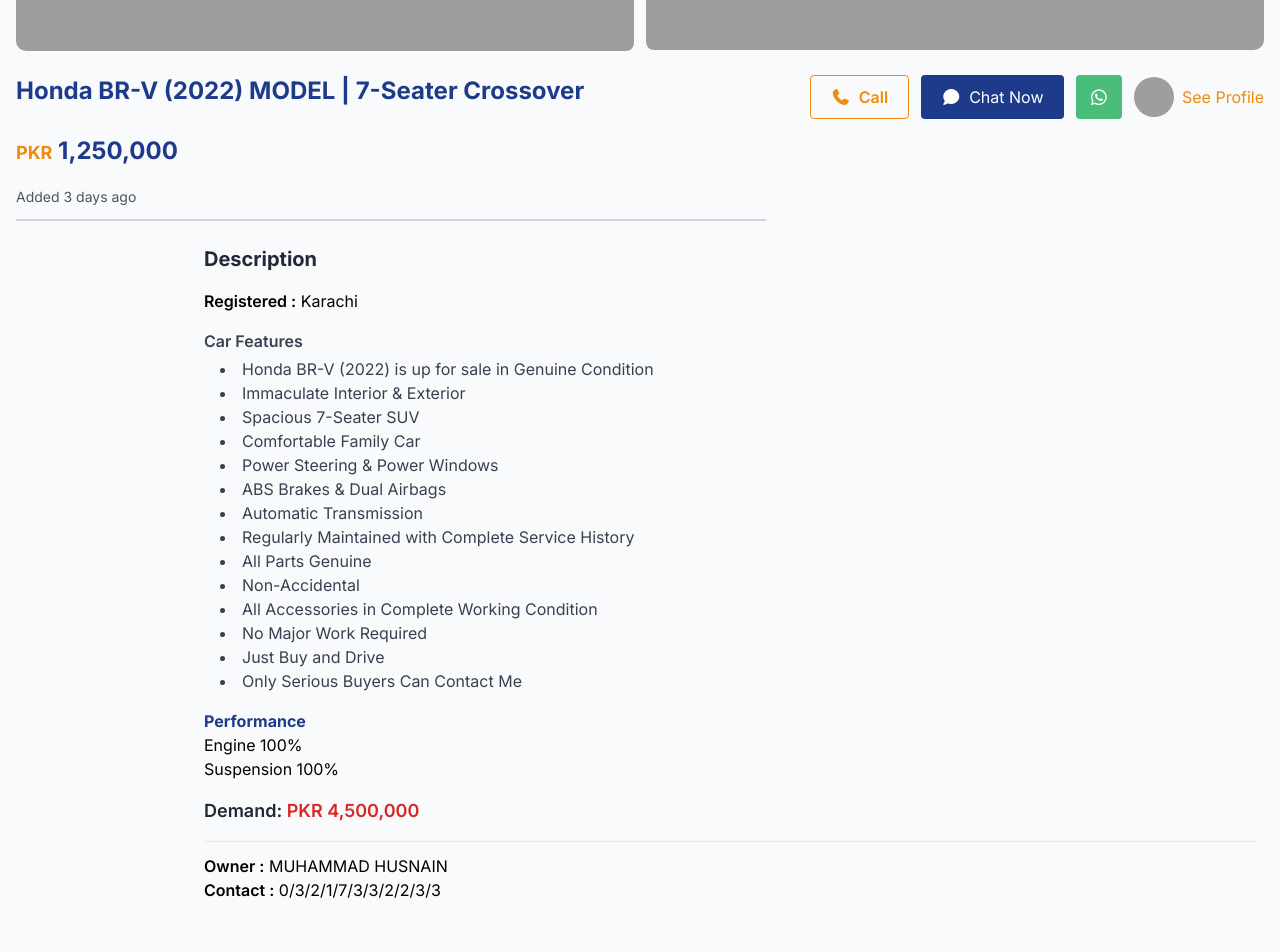
Repository: ARFA-SAEED/miljayega
Page: src/motorsPage/bikes_1.html
These files come from the project's save history. The page is drawn as it stood at one moment and after the next save; the edit follows.
The browser window is 1280 px wide. The pictures show the part of the page from y = 582 to 1534 px (the page is 2666 px tall before and 2670 px after).
Pictures or frames that could not be fetched are drawn as grey boxes. A picture or video elsewhere on the page could not be fetched, so the positions and the page height are approximate. Some web fonts or font styles are not loaded; a fallback is used. Some web libraries are served in a nearby version.

Above is the page before, as saved 2025-08-25 13:26:39.

### src/motorsPage/bikes_1.html
<!DOCTYPE html>
<html lang="en">

<head>
    <meta charset="utf-8" />
    <meta content="width=device-width, initial-scale=1.0" name="viewport" />
    <title>Miljaega.pk - Bikes 1</title>
    <script src="https://cdn.tailwindcss.com?plugins=forms,container-queries"></script>
    <link href="https://fonts.googleapis.com/css2?family=Inter:wght@400;500;600;700&display=swap" rel="stylesheet" />
    <link href="https://fonts.googleapis.com/css2?family=Poppins:wght@400;500;600;700&display=swap" rel="stylesheet" />
    <link href="https://fonts.googleapis.com/icon?family=Material+Icons" rel="stylesheet" />
    <link href="https://fonts.googleapis.com/css2?family=Lalezar&display=swap" rel="stylesheet">
    <link href="https://fonts.googleapis.com/css2?family=Noto+Nastaliq+Urdu&display=swap" rel="stylesheet">
    <script src="https://cdn.jsdelivr.net/npm/alpinejs@3.x.x/dist/cdn.min.js" defer></script>
    <script src="https://cdn.jsdelivr.net/npm/@tailwindcss/browser@4"></script>
    <link rel="stylesheet" href="./Css/miljaega-homepage.css">
    <!-- Font Awesome CDN -->
    <link href="https://cdnjs.cloudflare.com/ajax/libs/font-awesome/6.5.2/css/all.min.css" rel="stylesheet">

    <link rel="stylesheet" href="https://cdnjs.cloudflare.com/ajax/libs/font-awesome/7.0.0/css/all.min.css"
        integrity="sha512-DxV+EoADOkOygM4IR9yXP8Sb2qwgidEmeqAEmDKIOfPRQZOWbXCzLC6vjbZyy0vPisbH2SyW27+ddLVCN+OMzQ=="
        crossorigin="anonymous" referrerpolicy="no-referrer" />
</head>

<body class="bg-gray-50">

    <!-- Header -->
    <header class="bg-white shadow-sm fixed top-0 z-50 w-full">
        <div class="lg:mx-auto 2xl:mx-20 relative py-3 container px-4 sm:px-6">
            <div class="flex justify-between items-center py-3">
                <!-- Left: Logo -->
                <div class="flex-shrink-0">
                    <img src="../../../assets/images/logo.svg" alt="Logo" class="h-8 sm:h-10" />
                </div>

                <!-- Center Nav (Desktop) -->
                <nav
                    class="hidden xl:flex absolute 2xl:ms-[440px] left-1/2 transform -translate-x-1/2 space-x-6 text-sm font-medium text-gray-600">
                    <div class="flex justify-center mt-2">
                        <div class="inline-flex rounded-lg shadow-md bg-white overflow-hidden">
                            <a href="#"
                                class="px-6 py-3 text-sm font-medium text-white bg-blue-900 hover:bg-blue-900 transition duration-300 flex items-center">
                                <i class="fa-solid fa-list mr-2"></i> ALL
                            </a>
                            <a href="#"
                                class="px-6 py-3 text-sm font-medium text-pak-green hover:bg-[rgb(220,228,245)] flex items-center">
                                <i class="fa-solid fa-circle-plus mr-2"></i> NEW
                            </a>
                            <a href="#"
                                class="px-6 py-3 text-sm font-medium text-pak-green hover:bg-[rgb(220,228,245)] flex items-center">
                                <i class="fa-solid fa-recycle mr-2"></i> USED
                            </a>
                            <a href="#"
                                class="px-6 py-3 text-sm font-medium text-pak-green hover:bg-[rgb(220,228,245)] flex items-center">
                                <i class="fa-solid fa-key mr-2"></i> RENT
                            </a>
                            <a href="#"
                                class="px-6 py-3 text-sm font-medium text-pak-green hover:bg-[rgb(220,228,245)] flex items-center">
                                <i class="fa-solid fa-arrow-right-arrow-left mr-2"></i> Exchange
                            </a>
                        </div>
                    </div>
                </nav>

                <!-- Mobile Hamburger -->
                <button id="mobileMenuToggle" class="block xl:hidden text-gray-700 hover:text-primary-green">
                    <svg class="w-7 h-7" fill="none" stroke="currentColor" stroke-width="2" viewBox="0 0 24 24">
                        <path stroke-linecap="round" stroke-linejoin="round" d="M4 6h16M4 12h16M4 18h16"></path>
                    </svg>
                </button>
            </div>
        </div>
    </header>

    <!-- Mobile Menu -->
    <div id="mobileMenu"
        class="xl:hidden hidden bg-white shadow-md fixed top-[72px] left-0 right-0 z-40 max-h-[calc(100vh-72px)] overflow-y-auto">
        <div class="px-4 py-4 space-y-4 text-sm font-medium text-gray-700">
            <div class="flex justify-around text-center gap-2 flex-wrap">
                <a href="#" class="flex flex-col items-center gap-1 hover:text-primary-green">
                    <img src="./images/second-hand.png" class="w-6 h-6" /> Used
                </a>
                <a href="#" class="flex flex-col items-center gap-1 hover:text-primary-green">
                    <img src="./images/new.png" class="w-6 h-6" /> New
                </a>
                <a href="#" class="flex flex-col items-center gap-1 hover:text-primary-green">
                    <img src="./images/exchange.png" class="w-6 h-6" /> Exchange
                </a>
                <a href="#" class="flex flex-col items-center gap-1 hover:text-primary-green">
                    <img src="./images/rent.png" class="w-6 h-6" /> Rentals
                </a>
            </div>
        </div>
    </div>

    <!-- Spacer -->
    <div class="pt-[72px]"></div>

    <!-- Images Section -->
    <div class="container mx-auto px-4 mt-12">
        <div class="grid grid-cols-1 lg:grid-cols-2 gap-3">
            <div>
                <img class="w-full h-[250px] sm:h-[400px] lg:h-[513px] object-cover rounded-lg lg:rounded-l-[10px]"
                    src="https://auto.yugatech.com/wp-content/uploads/2022/09/2023-Honda-BRV-Main-2048x1024.jpg" alt="">
            </div>
            <div class="flex flex-col gap-3">
                <img class="w-full h-[200px] sm:h-[250px] object-cover rounded-lg lg:rounded-tr-[10px]"
                    src="https://hondaotodalat.com.vn/wp-content/uploads/2020/02/honda_BRV_hondaotovovankiet_vn_15.jpg"
                    alt="">
                <img class="w-full h-[200px] sm:h-[250px] object-cover rounded-lg lg:rounded-br-[10px]"
                    src="https://d31sro4iz4ob5n.cloudfront.net/upload/car/br-v-2024/feature/interior/br-v-2024-lhd-amplio-confort-y-versatilidad.jpg"
                    alt="">
            </div>
        </div>
    </div>

    <!-- Title & Buttons -->
    <div class="container mx-auto px-4 mt-6 flex flex-col lg:flex-row justify-between items-start gap-4">
        <h1 class="font-bold text-blue-900 text-xl lg:text-2xl">
            Honda BR-V (2022) MODEL | 7-Seater Crossover
        </h1>
        <div class="flex flex-wrap gap-3">
            <button class="border border-[#F08B0B] text-[#F08B0B] font-semibold rounded px-5 py-2 flex items-center">
                <i class="fa-solid fa-phone me-2"></i> Call
            </button>
            <button class="bg-blue-900 hover:bg-blue-800 text-white rounded px-5 py-2 flex items-center">
                <i class="fa-solid fa-comment me-2"></i> Chat Now
            </button>
            <button class="bg-[#4ABD7A] text-white rounded px-3 py-2 flex items-center">
                <i class="fa-brands fa-whatsapp text-lg"></i>
            </button>
            <div class="flex items-center gap-2">
                <img class="rounded-full h-10 w-10"
                    src="https://tse3.mm.bing.net/th/id/OIP.WpIMP_W3gb5bZ81rA-K2YgHaHa?pid=Api&P=0&h=220" alt="">
                <span class="text-[#F08B0B]">See Profile</span>
            </div>
        </div>
    </div>


    <!-- Price -->
    <div class="container mx-auto px-4 mt-4">
        <h1 class="text-blue-900 font-bold text-xl lg:text-2xl">
            <span class="text-lg text-[#F08B0B]">PKR</span> 1,250,000
        </h1>
        <p class="text-gray-600 text-sm mt-5 pb-3 border-b border-gray-300 border-b-2 w-[750px]">Added 3 days ago</p>
    </div>

    <div class=" p-6 ms-[180px] space-y-4">
        <h3 class="text-xl font-bold text-gray-800">Description</h3>

        <p><span class="font-semibold">Registered :</span> Karachi</p>

        <ol class="list-style-type-non list-inside space-y-1 text-gray-700">
            <li><span class="font-semibold">Car Features</span></li>
            <ul class="list-disc list-inside ml-4">
                <li>Honda BR-V (2022) is up for sale in Genuine Condition</li>
                <li>Immaculate Interior & Exterior</li>
                <li>Spacious 7-Seater SUV</li>
                <li>Comfortable Family Car</li>
                <li>Power Steering & Power Windows</li>
                <li>ABS Brakes & Dual Airbags</li>
                <li>Automatic Transmission</li>
                <li>Regularly Maintained with Complete Service History</li>
                <li>All Parts Genuine</li>
                <li>Non-Accidental</li>
                <li>All Accessories in Complete Working Condition</li>
                <li>No Major Work Required</li>
                <li>Just Buy and Drive</li>
                <li>Only Serious Buyers Can Contact Me</li>
            </ul>
        </ol>

        <div>
            <h4 class="font-bold text-blue-900">Performance</h4>
            <p>Engine 100% <br> Suspension 100%</p>
        </div>

        <p class="text-lg font-semibold text-gray-800">Demand: <span class="text-red-600">PKR 4,500,000</span></p>

        <div class="border-t pt-3">
            <p><span class="font-semibold">Owner :</span> MUHAMMAD HUSNAIN</p>
            <p><span class="font-semibold">Contact :</span> 0/3/2/1/7/3/3/2/2/3/3</p>
        </div>
    </div>


    <!-- Condition -->
    <div class="container mx-auto px-4 mt-6">
        <h1 class="text-blue-900 font-bold text-xl">Condition</h1>
        <span class="text-gray-600 text-sm">Brand New</span>
        <div class="relative mt-4 shadow rounded-lg h-20 w-[110px] bg-white p-3">
            <i class="fa-solid fa-couch text-blue-900 text-2xl absolute top-1 left-2"></i>
            <span class="absolute bottom-2 right-2 text-sm font-medium">Furnished</span>
        </div>
    </div>

    <!-- Location -->
    <div class="container mx-auto px-4 mt-6">
        <h1 class="text-blue-900 font-bold text-xl mb-3">Location and nearby facilities</h1>
        <div class="flex flex-wrap gap-4 mb-5">
            <button class="flex items-center gap-2 px-4 py-2 bg-white rounded-lg shadow-md">
                <i class="fa-solid fa-border-all text-[#F08B0B]"></i> All
            </button>
            <button class="flex items-center gap-2 px-4 py-2 bg-white rounded-lg shadow-md">
                <i class="fa-solid fa-school text-[#F08B0B]"></i> School
            </button>
            <button class="flex items-center gap-2 px-4 py-2 bg-white rounded-lg shadow-md">
                <i class="fa-solid fa-hospital text-[#F08B0B]"></i> Hospitals
            </button>
            <button class="flex items-center gap-2 px-4 py-2 bg-white rounded-lg shadow-md">
                <i class="fa-solid fa-utensils text-[#F08B0B]"></i> Restaurant
            </button>
        </div>
        <img src="https://png.pngtree.com/png-clipart/20230315/original/pngtree-map-location-pin-with-red-png-image_8989833.png"
            class="h-[300px] sm:h-[400px] mx-auto" alt="">
    </div>
    <footer class="bg-[#0C3168] text-white">
        <div class="container mx-auto px-4 sm:px-6 lg:px-8 py-10">

            <!-- ✅ Mobile/Tablet (sm, md, lg): 2 Rows Layout -->
            <div class="flex  flex-wrap gap-8 lg:hidden">
                <!-- Row 1: ABOUT US + MY ACCOUNT -->
                <div class="w-full flex   gap-8">
                    <!-- ABOUT US -->
                    <div class="w-full ms-10 md:ms-0 sm:w-1/2 text-left">
                        <ul class="leading-10">
                            <li class="font-bold text-xl mb-3">ABOUT US</li>
                            <li>FAQ</li>
                            <li>Anti Scam</li>
                            <li>Term of use</li>
                            <li>Privacy Policy</li>
                            <li>Contact Us</li>
                            <li>Sitemap</li>
                        </ul>
                    </div>
                    <!-- MY ACCOUNT -->
                    <div class="w-full ms-20 md:ms-60 sm:w-1/2 text-left">
                        <ul class="leading-10">
                            <li class="font-bold text-xl mb-3">MY ACCOUNT</li>
                            <li>Login</li>
                            <li>Register</li>
                        </ul>
                    </div>
                </div>

                <!-- Row 2: Miljaega + Social -->
                <div class="w-full flex gap-8 mt-5">
                    <!-- Miljaega -->
                    <div class="w-full sm:w-1/2 ms-10 md:ms-0 text-left">
                        <ul class="leading-10">
                            <li class="font-bold text-xl mb-3">Miljaega</li>
                            <li>Inspected by miljaega</li>
                            <li>Featured by miljaega</li>
                            <li>Recomended by miljaega</li>
                        </ul>
                    </div>
                    <!-- Social -->
                    <div class="w-full ms-20 md:ms-60  sm:w-1/2 text-left leading-15">
                        <ul>
                            <li class="font-bold text-xl  mb-3">FOLLOW US</li>
                        </ul>
                        <div class=" ms-8 md:ms-0 sm:flex-wrap md:flex mt-3 gap-5">
                            <img src="../../assets/images/fb.svg" class="h-10" alt="">
                            <img src="../../assets/images/insta.svg" class="h-10" alt="">
                            <img src="../../assets/images/twitter.svg" class="h-10" alt="">
                            <img src="../../assets/images/youtube.svg" class="h-10" alt="">
                        </div>
                    </div>
                </div>
            </div>

            <!-- ✅ XL and Up: Original 4-column Layout -->
            <div class="hidden lg:block lg:flex lg:justify-between xl:gap-8">
                <!-- ABOUT US -->
                <div class="w-full sm:w-1/2 xl:w-auto mb-5 xl:mb-0  xl:text-left">
                    <ul class="leading-10">
                        <li class="font-bold text-xl mb-3">ABOUT US</li>
                        <li>FAQ</li>
                        <li>Anti Scam</li>
                        <li>Term of use</li>
                        <li>Privacy Policy</li>
                        <li>Contact Us</li>
                        <li>Sitemap</li>
                    </ul>
                </div>
                <!-- MY ACCOUNT -->
                <div class="w-full sm:w-1/2 xl:w-auto text-left mb-5 xl:mb-0">
                    <ul class="leading-10">
                        <li class="font-bold text-xl mb-3">MY ACCOUNT</li>
                        <li>Login</li>
                        <li>Register</li>
                    </ul>
                </div>
                <!-- Miljaega -->
                <div class="w-full sm:w-1/2 xl:w-auto mb-5 xl:mb-0 text-left">
                    <ul class="leading-10">
                        <li class="font-bold text-xl mb-3">Miljaega</li>
                        <li>Inspected by miljaega</li>
                        <li>Featured by miljaega</li>
                        <li>Recomended by miljaega</li>
                    </ul>
                </div>
                <!-- Social -->
                <div class="w-full sm:w-1/2 xl:w-auto text-left mb-5 xl:mb-0 leading-15">
                    <ul>
                        <li class="font-bold text-xl mb-3">FOLLOW US</li>
                    </ul>
                    <div class="flex  ustify-start mt-3 gap-5">
                        <img src="../../assets/images/fb.svg" class="h-10" alt="">
                        <img src="../../assets/images/insta.svg" class="h-10" alt="">
                        <img src="../../assets/images/twitter.svg" class="h-10" alt="">
                        <img src="../../assets/images/youtube.svg" class="h-10" alt="">
                    </div>
                </div>
            </div>

            <!-- Footer bottom -->
            <div class="text-center border-t-2 border-white mt-10 pt-5 text-sm">
                <p>© Copyright 2025 Miljaega <br>Powered by The Tech Creators</p>
            </div>
        </div>
    </footer>

    <script>
        // Mobile menu toggle
        document.addEventListener("DOMContentLoaded", () => {
            const toggleBtn = document.getElementById("mobileMenuToggle");
            const mobileMenu = document.getElementById("mobileMenu");
            toggleBtn.addEventListener("click", () => {
                mobileMenu.classList.toggle("hidden");
            });
        });
    </script>

</body>

</html>

### assets/Css/miljaega-homepage.css
 :root {
   --primary-green: #0B6847;
 }

 body {
   font-family: 'Inter', sans-serif;
   background-color: #f8fafc;
 }

 .text-primary-green {
   color: var(--primary-green);
 }

 .bg-primary-green {
   background-color: #003E3E;
 }

 .border-primary-green {
   border-color: var(--primary-green);
 }

 .card {
   @apply bg-white rounded-lg shadow-[0_4px_6px_-1px_rgba(0, 0, 0, 0.1), 0_2px_4px_-2px_rgba(0, 0, 0, 0.1)] transition-transform duration-200;
 }

 .card:hover {
   transform: translateY(-5px);
 }

 .verified-badge {
   @apply text-blue-600 text-base;
 }


 /* Sell Button */
 ._520955ba {
   position: relative;
   overflow: hidden;
   border-radius: 4px;
 }

 header {
   z-index: 100;
 }

 .fbf39733 {
   background-color: #ffffff;
   /* Green background */
   border: none;
   cursor: pointer;
 }

 ._6257aca6 {
   object-fit: contain;
   z-index: 1;
 }


 ._948d9e0a {
   position: relative;
   z-index: 2;
 }

 ._27a68d65 {
   display: flex;
   align-items: center;
 }

 .b2e0090c {
   padding: 8px 16px;
 }

 ._371e9918 {
   color: white;
 }

 ._6041419a {
   margin-right: 8px;
 }

 ._8206696c {
   font-weight: 900;
 }

 .b7af14b4 {
   font-size: 12px;
 }

 .dd240920 {
   line-height: 1.5;
 }

 @import url('https://fonts.googleapis.com/css2?family=Inter:wght@300;400;500;600;700&display=swap');

 body {
   font-family: 'Inter', sans-serif;

 }

 .card-hover {
   transition: all 0.3s ease;
   box-shadow: 0 4px 6px rgba(0, 0, 0, 0.05);
 }

 .card-hover:hover {
   transform: translateY(-5px);
   box-shadow: 0 10px 25px rgba(0, 0, 0, 0.1);
 }

 .image-hover {
   transition: transform 0.5s ease;
 }

 .status-dot {
   position: absolute;
   bottom: 5px;
   right: 10px;
   width: 12px;
   height: 12px;
   background-color: #1dbf73;
   border: 2px solid white;
   border-radius: 50%;
   z-index: 10;
   box-shadow: 0 0 0 2px rgba(29, 191, 115, 0.3);
 }

 .status-pulse {
   position: absolute;
   bottom: -1px;
   right: -1px;
   width: 16px;
   height: 16px;
   background-color: rgba(29, 191, 115, 0.4);
   border-radius: 50%;
   z-index: 5;
   animation: pulse 1.5s infinite;
 }

 @keyframes pulse {
   0% {
     transform: scale(0.8);
     opacity: 0.7;
   }

   70% {
     transform: scale(1.5);
     opacity: 0;
   }

   100% {
     transform: scale(0.8);
     opacity: 0;
   }
 }

 .star-container {
   display: inline-flex;
   align-items: center;
   margin-left: -8px;
 }

 .star-full {
   color: #f2880f;
   position: relative;
 }

 .star-full::before {
   content: "★";
   position: absolute;
   color: white;
   font-size: 15px;
   top: 2px;
   left: 2px;
 }

 .star-half {
   position: relative;
   width: 20px;
   height: 20px;
 }

 .star-half-left {
   position: absolute;
   left: 0;
   width: 50%;
   height: 100%;
   background: #ff643d;
   border-top-left-radius: 3px;
   border-bottom-left-radius: 3px;
 }

 .star-half-right {
   position: absolute;
   right: 0;
   width: 50%;
   height: 100%;
   background: rgba(200, 201, 202, 0.48);
   border-top-right-radius: 3px;
   border-bottom-right-radius: 3px;
 }

 .star-half::before {
   content: "★";
   position: absolute;
   color: white;
   font-size: 15px;
   top: 2px;
   left: 2px;
   z-index: 10;
 }

 .badge {
   transition: all 0.3s ease;
 }

 .badge:hover {
   transform: scale(1.05);
 }

 .arrow-tab {
   position: relative;
   padding: 0.75rem 2rem;
   display: flex;
   align-items: center;
   justify-content: center;
   clip-path: polygon(0 0, calc(100% - 20px) 0, 100% 50%, calc(100% - 20px) 100%, 0 100%, 20px 50%);
   margin-left: -18px;
   cursor: pointer;
   transition: all 0.2s ease;
 }

 .arrow-tab:first-child {
   clip-path: polygon(0 0, calc(100% - 20px) 0, 100% 50%, calc(100% - 20px) 100%, 0 100%);
   margin-left: 0;
   padding-left: 3rem;
 }

 .arrow-tab.active {
   background-color: #1e3a8a;
   /* Tailwind's blue-900 */
   color: white;
   z-index: 10;
 }

 .arrow-tab:not(.active):hover {
   background-color: #ced8f3;
   /* Light gray on hover */
 }

 @media (min-width: 1024px) and (max-width: 1028px) {
   .custom-mt {
     margin-top: 10px;
     /* Equivalent to mt-9 */
   }
 }

 .thumbnail {
   transition: all 0.2s ease;
 }

 .thumbnail:hover {
   transform: scale(1.05);
   box-shadow: 0 0 5px rgba(59, 130, 246, 0.5);
 }

 #main-image {
   transition: opacity 0.3s ease;
 }



 .scrollbar-hide::-webkit-scrollbar {
   display: none;
 }

 .scrollbar-hide {
   -ms-overflow-style: none;
   scrollbar-width: none;
 }

 .search-dropdown {
   display: none;
   position: absolute;
   top: 100%;
   /* directly below input */
   left: 0;
   width: 100%;
   max-height: 400px;
   overflow-y: auto;
   /* only scroll when necessary */
   z-index: 999999;
   /* way above all site content */
   background: white;
   border: 1px solid #e5e7eb;
   border-radius: 0.5rem;
   box-shadow: 0 4px 6px -1px rgba(0, 0, 0, 0.1),
     0 2px 4px -1px rgba(0, 0, 0, 0.06);
 }

 .search-dropdown-section {
   padding-left: 13px;
   padding-right: 13px;
   padding-bottom: 10px;

 }

 .search-dropdown-section:last-child {
   border-bottom: none;
 }

 .search-dropdown-item {
   padding: 0.5rem;
   cursor: pointer;
   border-radius: 0.25rem;
   background-color: white;
 }

After the next save:
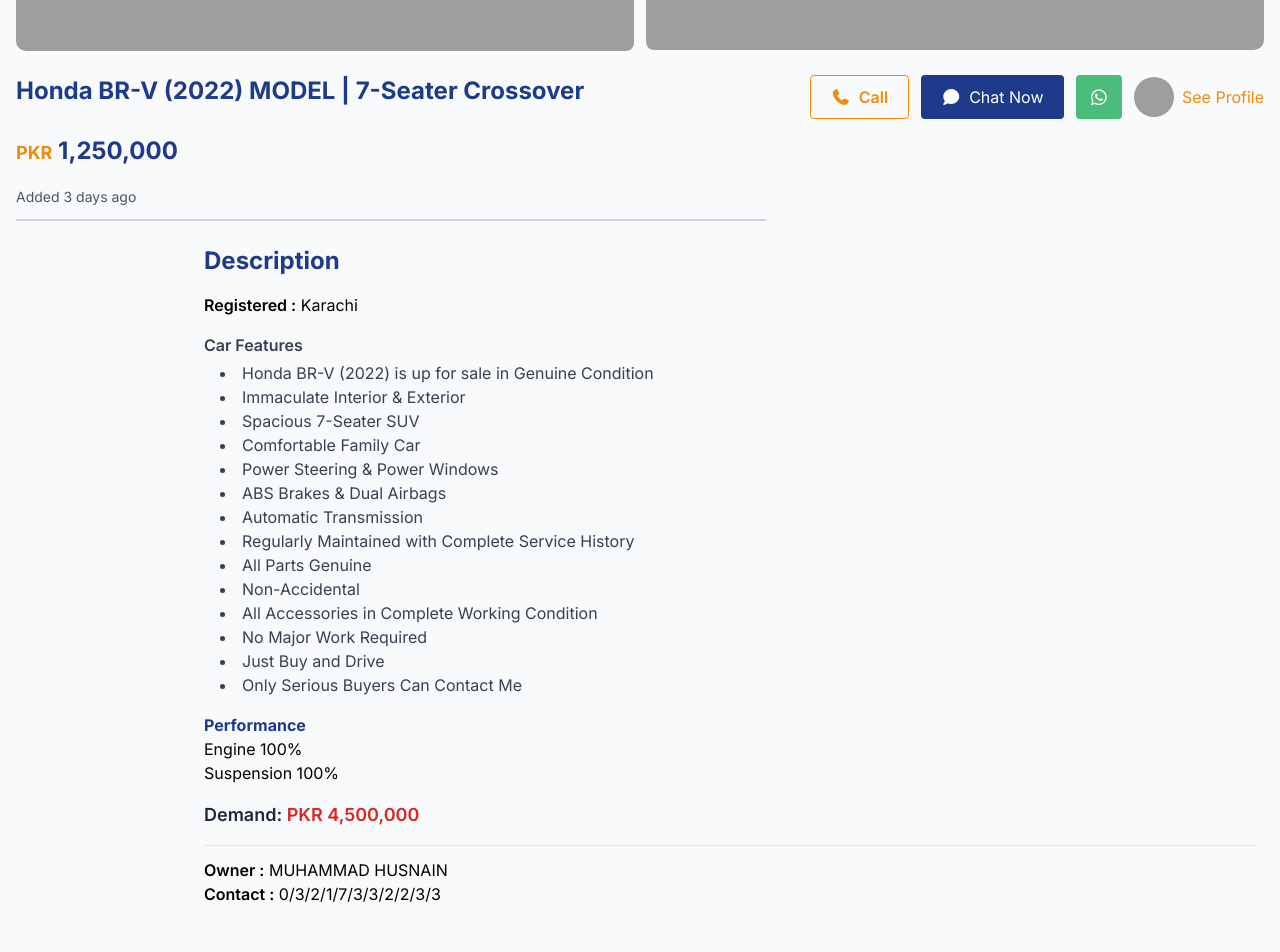
Saved 23 s later.
--- a/src/motorsPage/bikes_1.html
+++ b/src/motorsPage/bikes_1.html
@@ -147,7 +147,7 @@
     </div>
 
     <div class=" p-6 ms-[180px] space-y-4">
-        <h3 class="text-xl font-bold text-gray-800">Description</h3>
+        <h3 class="text-2xl font-bold text-blue-900">Description</h3>
 
         <p><span class="font-semibold">Registered :</span> Karachi</p>
 
